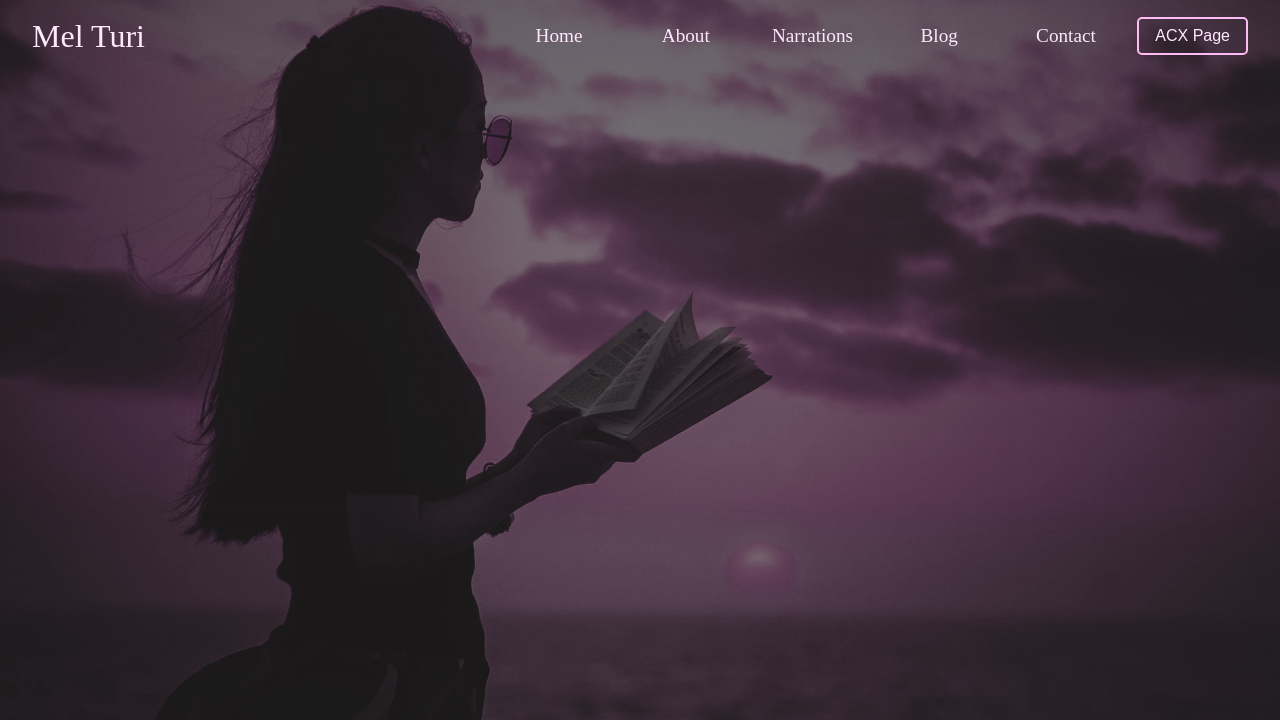
Repository: mel-turi/mel-turi-website
Page: /
The author's editor kept a copy of each file at every save. The page is drawn from the files as they stood at one save, then again after the next save.
The browser window is 1280 px wide. The pictures show the whole page.
Some web fonts or font styles are not loaded; a fallback is used. The project was rebuilt for these pictures with package versions that can differ from the ones it lists, and the page was loaded fresh each time.

Above is the page before, as saved 2019-08-23 20:30:38.

After the next save:
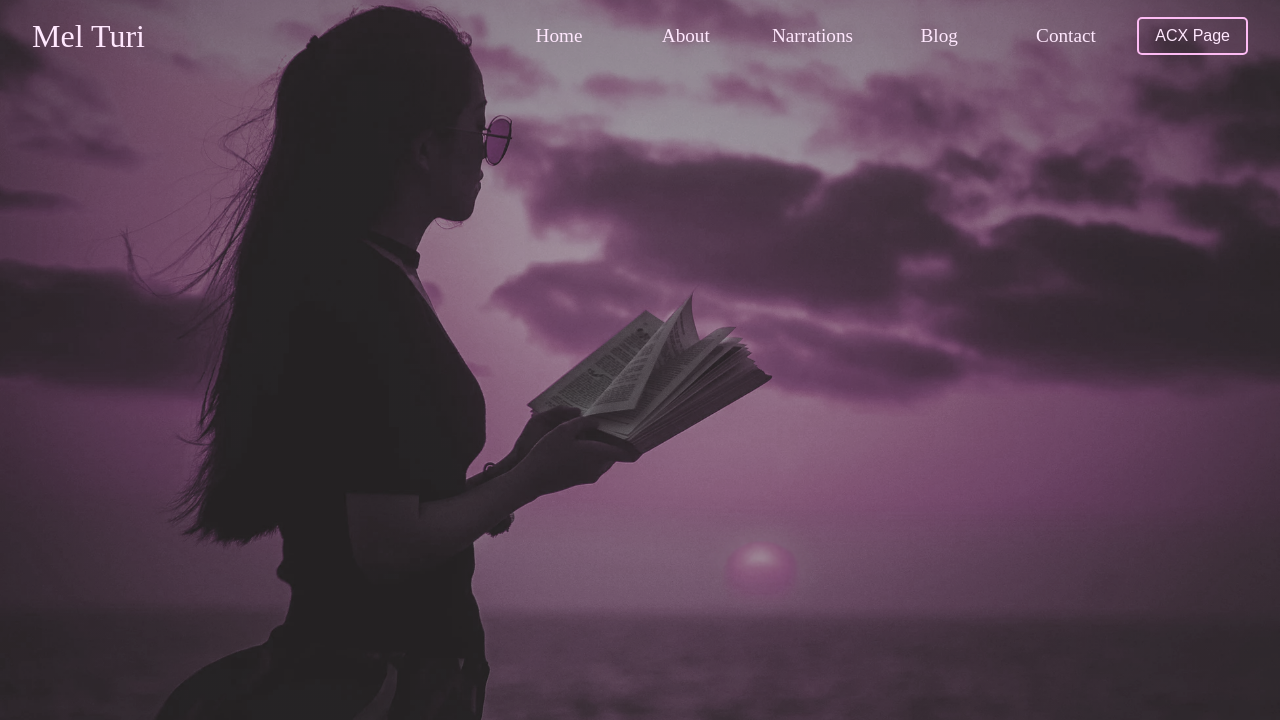
Saved 12 s later.
--- a/src/index.css
+++ b/src/index.css
@@ -39,7 +39,7 @@
 }
 
 .wrapper {
-  background: linear-gradient(rgba(0, 0, 0, 0.45), rgba(0, 0, 0, 0.45)),
+  background: linear-gradient(rgba(0, 0, 0, 0.25), rgba(0, 0, 0, 0.25)),
     url(./assets/bg-main-1.png) no-repeat center center fixed;
   background-size: cover;
   display: grid;
